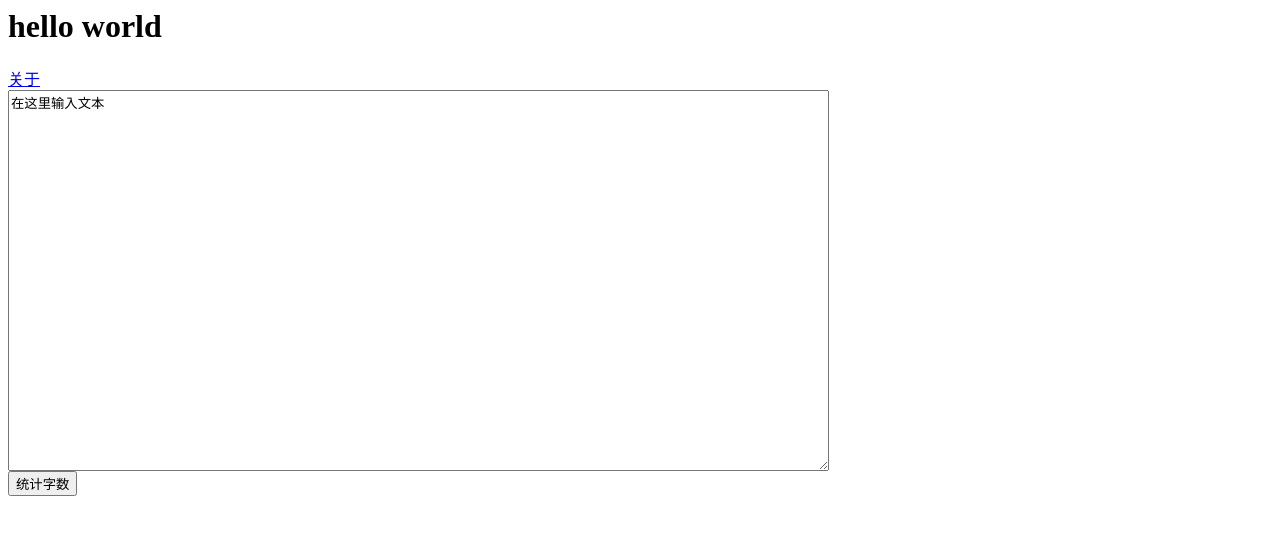
Repository: yoursjay/word_count
Page: http://localhost/
The author's editor kept a copy of each file at every save. The page is drawn from the files as they stood at one save, then again after the next save.
The browser window is 1280 px wide. The pictures show the whole page.
The page is served by the project's application, run on Django 2.2 (manage.py). Other server files are loaded and not shown.

Above is the page before, as saved 2019-04-17 14:08:18.

### wordsCount/words.py
#from django.http import HttpResponse
from django.shortcuts import render

def home(request):
    return render(request,'home.html')

def count(request):
    total_count = len(request.GET['text'])
    content = request.GET['text']
    word_dict = {}
    for word in content:
        if word not in word_dict:
            word_dict[word] = 1
        else:
            word_dict[word] += 1
    sort_dict = sorted(word_dict.items(),key=lambda w:w[1],reverse=True)
    return render(request,'count.html',
                 {'count':total_count,'content':content,
                 'word_dict':word_dict,'sort_dict':sort_dict})

def about(request):
    return render(request,"about.html")

### templates/home.html
<h1>hello world</h1>
<a href="about" >关于</a>
<form action="count">
    <textarea name="text" cols="100" rows="25">在这里输入文本</textarea>
    <br>
    <input type="submit" value="统计字数">
</form>

### wordsCount/urls.py
"""wordsCount URL Configuration

The `urlpatterns` list routes URLs to views. For more information please see:
    https://docs.djangoproject.com/en/2.1/topics/http/urls/
Examples:
Function views
    1. Add an import:  from my_app import views
    2. Add a URL to urlpatterns:  path('', views.home, name='home')
Class-based views
    1. Add an import:  from other_app.views import Home
    2. Add a URL to urlpatterns:  path('', Home.as_view(), name='home')
Including another URLconf
    1. Import the include() function: from django.urls import include, path
    2. Add a URL to urlpatterns:  path('blog/', include('blog.urls'))
"""
from django.contrib import admin
from django.urls import path
from . import words

urlpatterns = [
    path('admin/', admin.site.urls),
    path('',words.home),
    path('about/',words.about),
    path('count/',words.count),
]

After the next save:
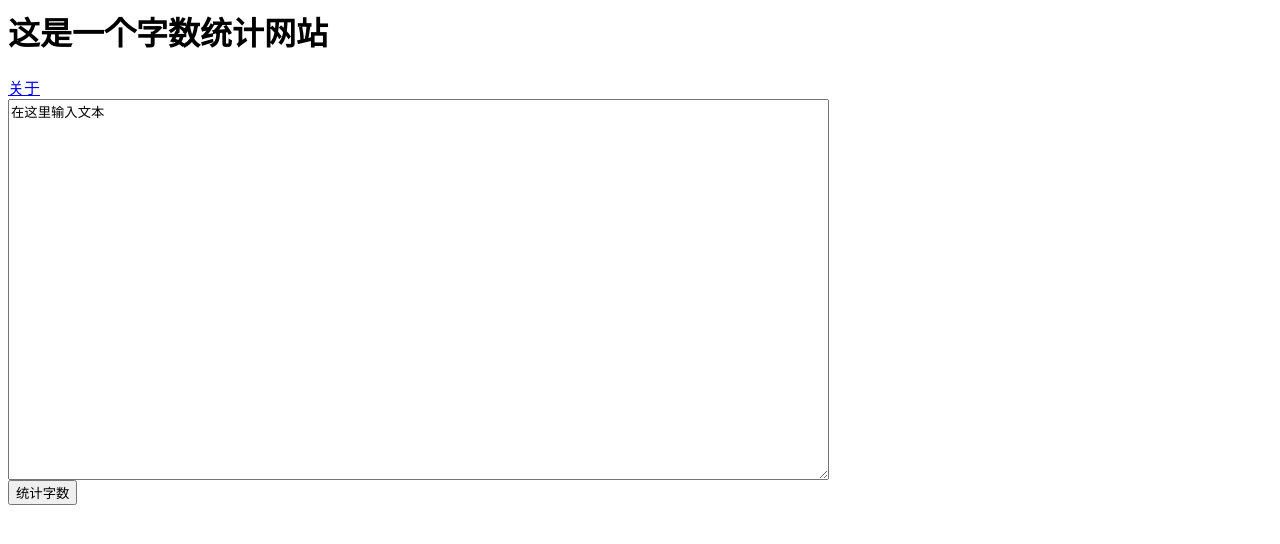
Saved 75 s later.
--- a/templates/home.html
+++ b/templates/home.html
@@ -1,4 +1,4 @@
-<h1>hello world</h1>
+<h1>这是一个字数统计网站</h1>
 <a href="about" >关于</a>
 <form action="count">
     <textarea name="text" cols="100" rows="25">在这里输入文本</textarea>
